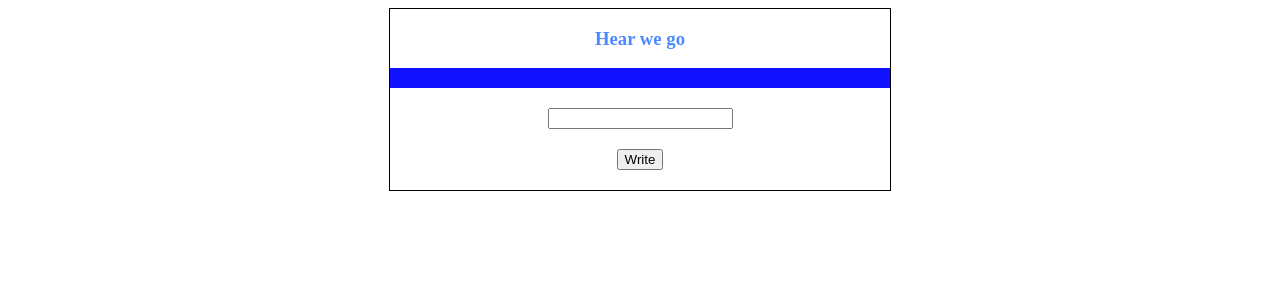
Repository: jn222rv/1dv403-laborationer
Page: 2-labbymezzage/index.html
The author's editor kept a record of every edit. The page is drawn from the files as they stood at one moment, then again after the next edit.
The browser window is 1280 px wide. The pictures show the whole page.

Above is the page before.

After the next edit:
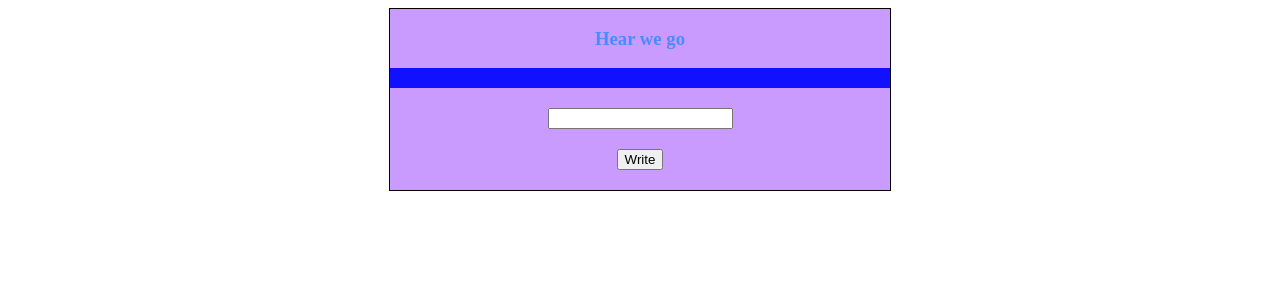
The edit:
--- a/2-labbymezzage/css/basic.css
+++ b/2-labbymezzage/css/basic.css
@@ -6,6 +6,7 @@
 
 #main {
     border:1px solid black;
+    background-color:#CA9BFF;
 }
 
 h3 {
